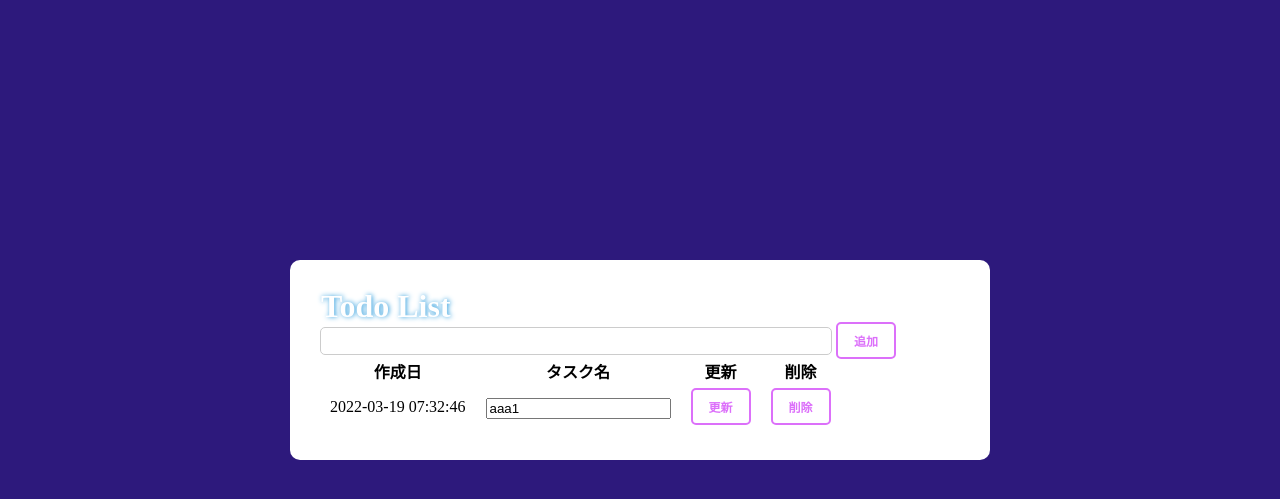
Repository: azuma2/todo
Page: http://localhost/
These files come from the project's save history. The page is drawn as it stood at one moment and after the next save; the edit follows.
The browser window is 1280 px wide. The pictures show the whole page.
The page is served by the project's Laravel application, run on PHP 8.4 with Laravel 8. Other server files are loaded and not shown. Queries for data that is not in the repository find no rows.

Above is the page before, as saved 2022-03-20 02:47:31.

### routes/web.php
<?php

use Illuminate\Support\Facades\Route;
use App\Http\Controllers\TodoController;

Route::get('/', [TodoController::class, 'index']);
Route::get('/todo/create', [TodoController::class, 'add']);
Route::post('/todo/create', [TodoController::class, 'create']);
Route::get('/todo/update', [TodoController::class, 'edit']);
Route::post('/todo/update', [TodoController::class, 'update']);
Route::get('/todo/delete', [TodoController::class, 'delete']);
Route::post('/todo/delete', [TodoController::class, 'remove']);

### app/Http/Controllers/TodoController.php
<?php

namespace App\Http\Controllers;

use Illuminate\Http\Request;
use Illuminate\Support\Facades\DB;

class TodoController extends Controller
{
    public function index()
    {
        $items = DB::select('select * from todo');
        return view('index', ['items' => $items]);
    }
        public function add()
    {
        return view('add');
    }
    public function create(Request $request)
    {
        $param = [
            'content' => $request->content,
        ];
        DB::insert('insert into todo (content) values (:content)', $param);
        return redirect('/');
    }

    public function edit(Request $request)
    {
        $param = ['id' => $request->id];
        $item = DB::select('select * from todo where id = :id', $param);
        return view('edit', ['form' => $item[0]]);
    }
    public function update(Request $request)
    {
        $param = [
            'id' => $request->id,
            'content' => $request->content,
        ];
        DB::update('update todo set content =:content,  where id =:id', $param);
        return redirect('/');
    }
    public function delete(Request $request)
    {
        $param = ['id' => $request->id];
        $item = DB::select('select * from todo where id = :id', $param);
        return view('delete', ['form' => $item[0]]);
    }
    public function remove(Request $request)
    {
        $param = ['id' => $request->id];
        DB::delete('delete from todo where id =:id', $param);
        return redirect('/');
    }
}

### resources/views/index.blade.php
@extends('layouts.default')
<style>
    th {


    }


    td {
      padding: 5px 10px;
      text-align: center;
    }
</style>
@section('title', 'index.blade.php')

@section('content')
<table>
  <tr>
    <th>id</th>
    <th>name</th>
    <th>age</th>
    <th>nationality</th>
  </tr>
  @foreach ($items as $item)
  <tr>
    <td>
      {{$item->id}}
    </td>
    <td>
      {{$item->content}}
    </td>
    <td>
      {{$item->created_at}}
    </td>
    <td>
      {{$item->updated_at}}
    </td>
  </tr>
  @endforeach
</table>
@endsection

### resources/views/layouts/default.blade.php
<!DOCTYPE html>
<html lang="ja">
<head>
    <meta charset="UTF-8">
    <meta name="viewport" content="width=device-width, initial-scale=1.0">
    <link rel="stylesheet" href="{{ asset('\resources\views\layouts\reset.css') }}" >
    <title>@yield('title')</title>
    <style>
    body {
      font-size:16px;
      margin: 5px;
      background-color: #2d197c;
    }

    .title{

    }
        td {
      padding: 5px 10px;
      text-align: center;
    }

    .button {
    text-align: left;
    border: 2px solid #dc70fa;
    font-size: 12px;
    color: #dc70fa;
    background-color: #fff;
    font-weight: bold;
    padding: 8px 16px;
    border-radius: 5px;
    cursor: pointer;
    transition: 0.4s;
    outline: none;
}

.input-add {
    width: 80%;
    padding: 5px;
    border-radius: 5px;
    border: 1px solid #ccc;
    appearance: none;
    font-size: 14px;
    outline: none;
}

    .card {
    background-color: #fff;
    width: 50vw;
    padding: 30px;
    position: absolute;
    top: 50%;
    left: 50%;
    transform: translate(-50%, -50%);
    border-radius: 10px;
}
    h1 {
      font-size:32px;
      color:white;
      text-shadow:1px 0 5px #289ADC;
      margin-left: 1px
    }
    .content {
      margin:10px;
    }
    </style>
  </head>
  <body>
  <div class="container">
    <div class="card">
      <h1 class="title">Todo List</h1>
            <div class="todo">
        <form action="/todo/create" method="post">

          <input type="text" class="input-add" name="content" />
          <input class="button" type="submit" value="追加" />
        </form>
        <table>
          <tr>
            <th>作成日</th>
            <th>タスク名</th>
            <th>更新</th>
            <th>削除</th>
          </tr>
                    <tr>
            <td>
              2022-03-19 07:32:46
            </td>
            <form action="/todo/update?id=1" method="post">
              <td>
                <input type="text" class="input-update" value="aaa1" name="content" />
              </td>
              <td>
                <button class="button">更新</button>
              </td>
            </form>
            <td>
              <form action="/todo/delete?id=1" method="post">
                <button class="button">削除</button>
              </form>
            </td>
          </tr>
                  </table>
      </div>
    </div>
  </div>
  </div>
</body>

</html>

### resources/views/layouts/reset.css
/*
html5doctor.com Reset Stylesheet
v1.6.1
Last Updated: 2010-09-17
Todo: Richard Clark - http://richclarkdesign.com
Twitter: @rich_clark
*/

html, body, div, span, object, iframe,
h1, h2, h3, h4, h5, h6, p, blockquote, pre,
abbr, address, cite, code,
del, dfn, em, img, ins, kbd, q, samp,
small, strong, sub, sup, var,
b, i,
dl, dt, dd, ol, ul, li,
fieldset, form, label, legend,
table, caption, tbody, tfoot, thead, tr, th, td,
article, aside, canvas, details, figcaption, figure,
footer, header, hgroup, menu, nav, section, summary,
time, mark, audio, video {
    margin:0;
    padding:0;
    border:0;
    outline:0;
    font-size:100%;
    vertical-align:baseline;
    background:transparent;
}

body {
    line-height:1;
}

article,aside,details,figcaption,figure,
footer,header,hgroup,menu,nav,section {
    display:block;
}

nav ul {
    list-style:none;
}

blockquote, q {
    quotes:none;
}

blockquote:before, blockquote:after,
q:before, q:after {
    content:'';
    content:none;
}

a {
    margin:0;
    padding:0;
    font-size:100%;
    vertical-align:baseline;
    background:transparent;
}

/* change colours to suit your needs */
ins {
    background-color:#ff9;
    color:#000;
    text-decoration:none;
}

/* change colours to suit your needs */
mark {
    background-color:#ff9;
    color:#000;
    font-style:italic;
    font-weight:bold;
}

del {
    text-decoration: line-through;
}

abbr[title], dfn[title] {
    border-bottom:1px dotted;
    cursor:help;
}

table {
    border-collapse:collapse;
    border-spacing:0;
}

/* change border colour to suit your needs */
hr {
    display:block;
    height:1px;
    border:0;
    border-top:1px solid #cccccc;
    margin:1em 0;
    padding:0;
}

input, select {
    vertical-align:middle;
}

Loaded but not shown: app/Http/Controllers/Controller.php (common file)

After the next save:
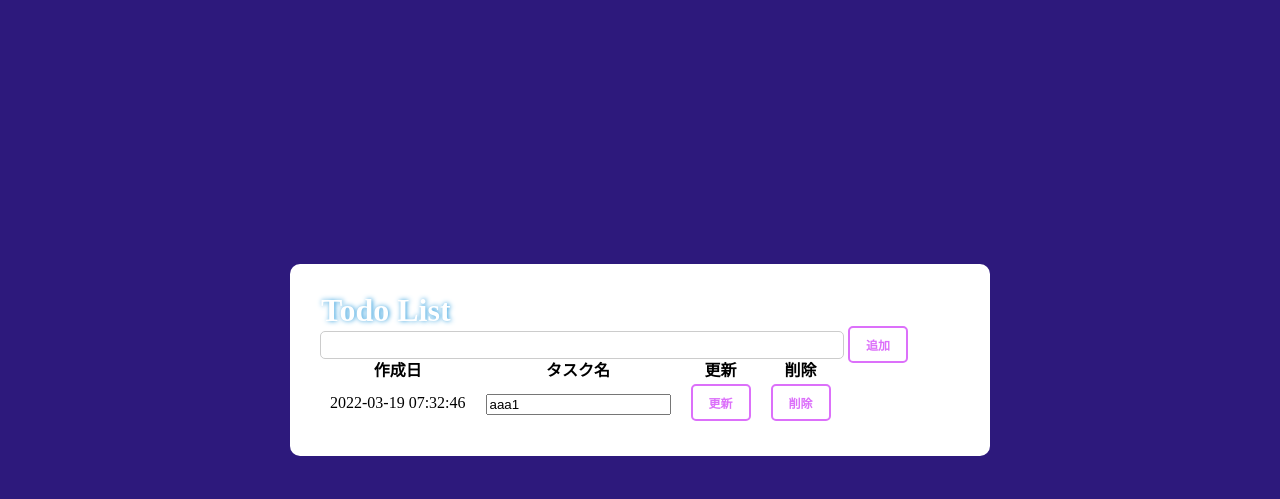
Saved 15 s later.
--- a/resources/views/index.blade.php
+++ b/resources/views/index.blade.php
@@ -1,41 +1 @@
 @extends('layouts.default')
-<style>
-    th {
-
-
-    }
-
-
-    td {
-      padding: 5px 10px;
-      text-align: center;
-    }
-</style>
-@section('title', 'index.blade.php')
-
-@section('content')
-<table>
-  <tr>
-    <th>id</th>
-    <th>name</th>
-    <th>age</th>
-    <th>nationality</th>
-  </tr>
-  @foreach ($items as $item)
-  <tr>
-    <td>
-      {{$item->id}}
-    </td>
-    <td>
-      {{$item->content}}
-    </td>
-    <td>
-      {{$item->created_at}}
-    </td>
-    <td>
-      {{$item->updated_at}}
-    </td>
-  </tr>
-  @endforeach
-</table>
-@endsection

After the save that followed:
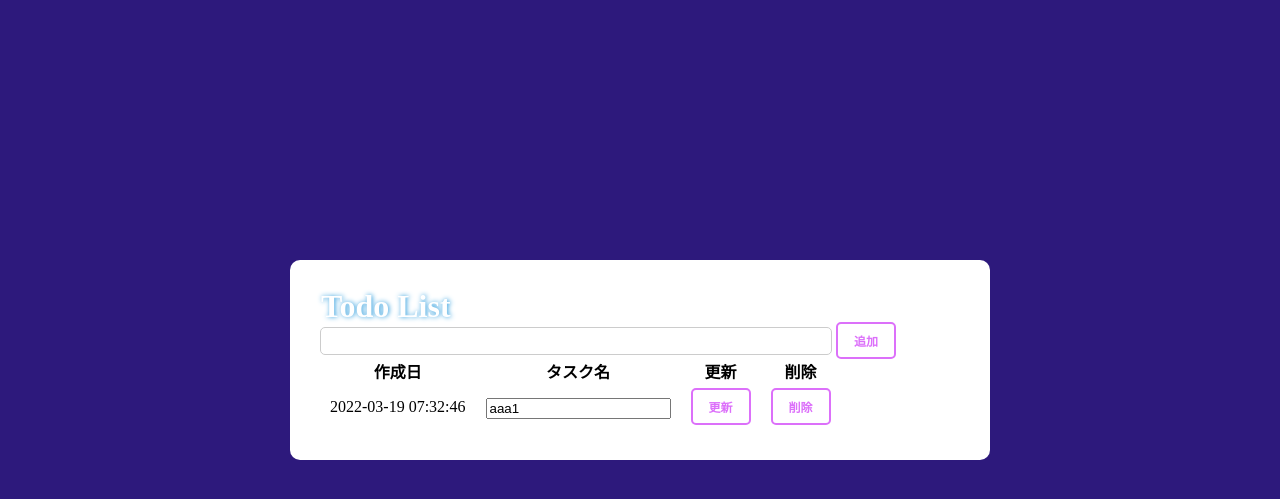
Saved 10 s later.
--- a/resources/views/index.blade.php
+++ b/resources/views/index.blade.php
@@ -1 +1,41 @@
 @extends('layouts.default')
+<style>
+    th {
+
+
+    }
+
+
+    td {
+      padding: 5px 10px;
+      text-align: center;
+    }
+</style>
+@section('title', 'index.blade.php')
+
+@section('content')
+<table>
+  <tr>
+    <th>id</th>
+    <th>name</th>
+    <th>age</th>
+    <th>nationality</th>
+  </tr>
+  @foreach ($items as $item)
+  <tr>
+    <td>
+      {{$item->id}}
+    </td>
+    <td>
+      {{$item->content}}
+    </td>
+    <td>
+      {{$item->created_at}}
+    </td>
+    <td>
+      {{$item->updated_at}}
+    </td>
+  </tr>
+  @endforeach
+</table>
+@endsection
